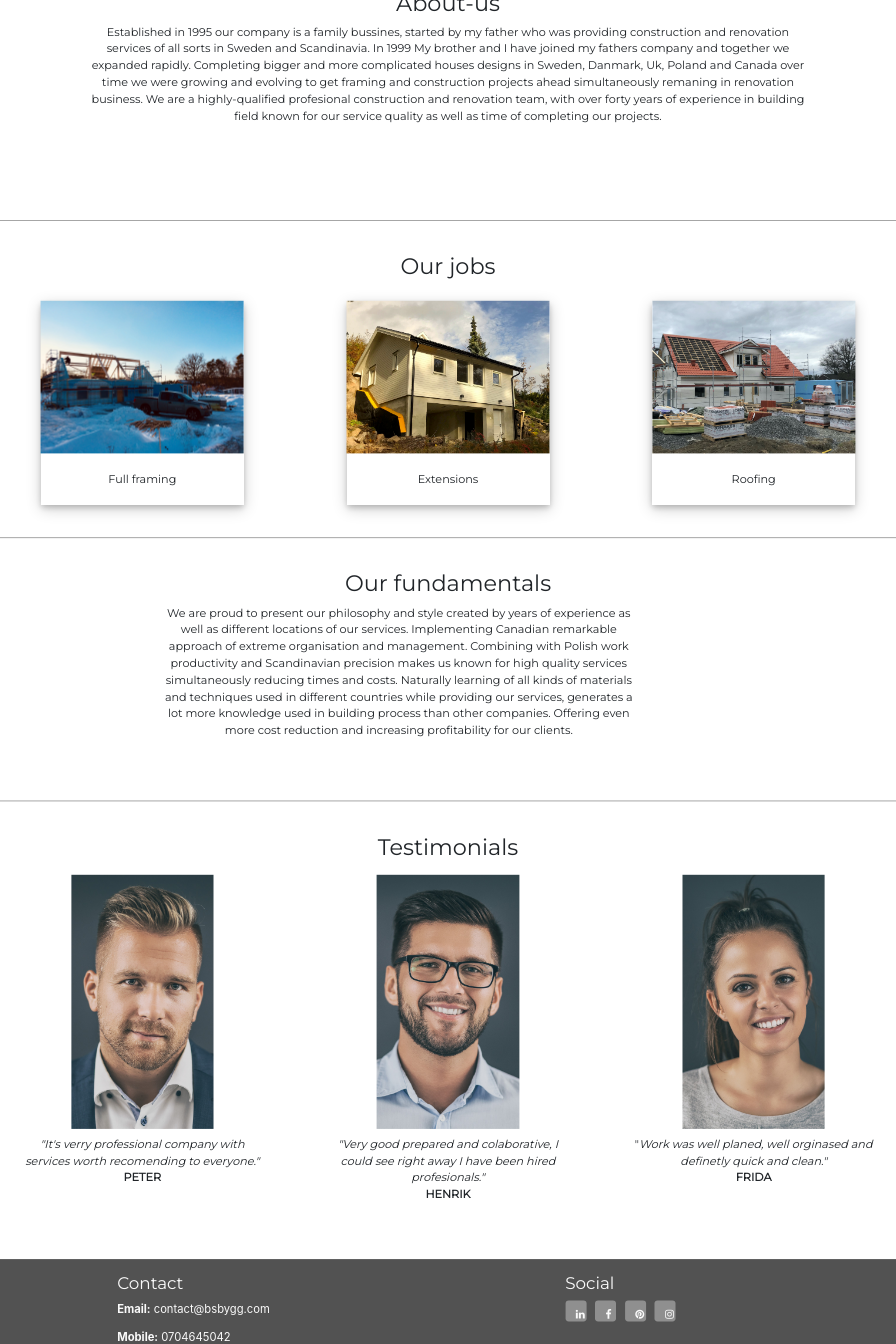
Repository: Bartie1982/milestone-project-1
Page: index.html
The author's editor kept a record of every edit. The page is drawn from the files as they stood at one moment, then again after the next edit.
The browser window is 1280 px wide. The pictures show the part of the page from y = 764 to 2684 px (the page is 2806 px tall), at 70% of full size.
Some web libraries are served in a nearby version.

Above is the page before.

After the next edit:
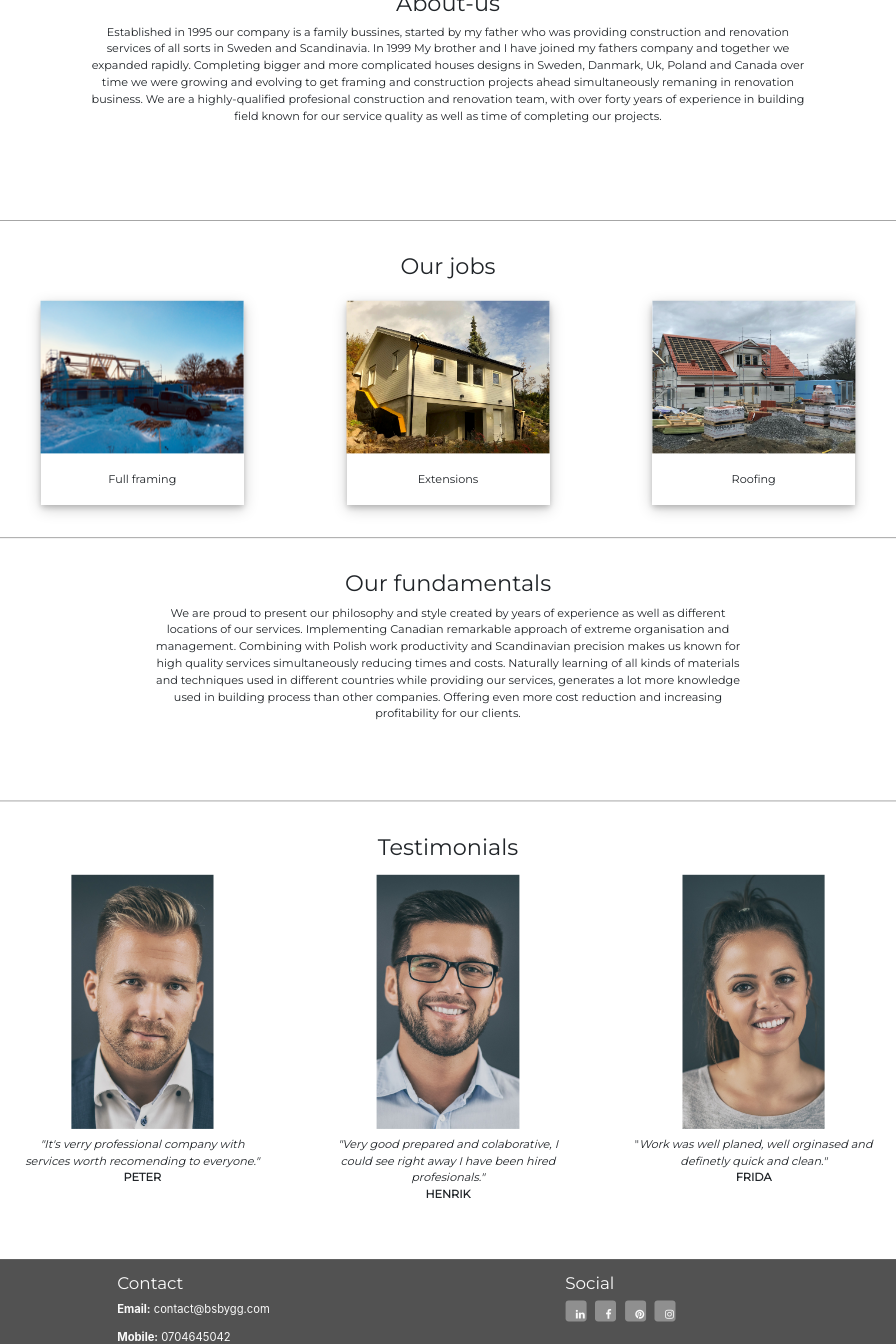
The edit:
--- a/index.html
+++ b/index.html
@@ -122,7 +122,7 @@
             <div class="col-md-8 our-fundamentals">
                 <h2>Our fundamentals</h2>
 
-                <p class="col-md-10 text-space">We are proud to present our philosophy and style created by years of experience as well as different locations of our services.
+                <p class="text-space">We are proud to present our philosophy and style created by years of experience as well as different locations of our services.
                 Implementing  Canadian remarkable approach of extreme organisation and management.
                 Combining with Polish work productivity and Scandinavian precision makes us known for high quality services simultaneously reducing times and costs.
                 Naturally learning of all kinds of materials and techniques used in different countries while providing our services, generates a lot more knowledge used in building process than other companies. Offering even more
